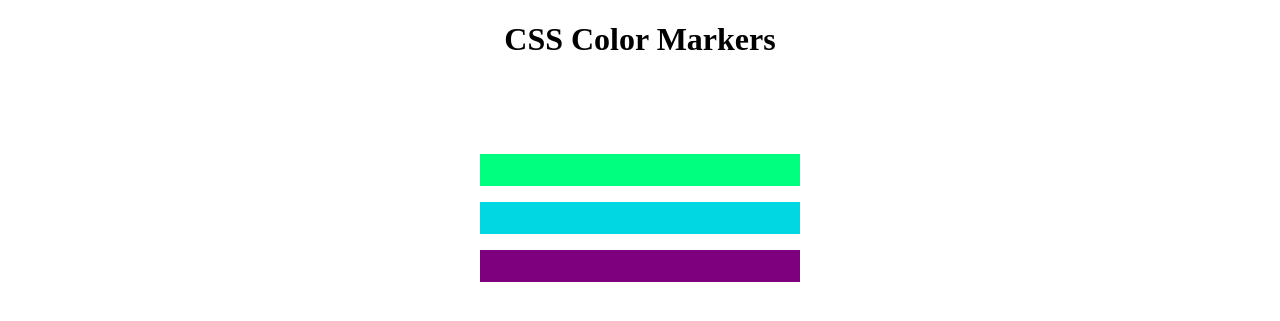
Repository: Lungdjos/color_markers
Page: index.html
These files come from the project's save history. The page is drawn as it stood at one moment and after the next save; the edit follows.
The browser window is 1280 px wide. The pictures show the whole page.

Above is the page before, as saved 2023-09-14 18:21:13.

After the next save:
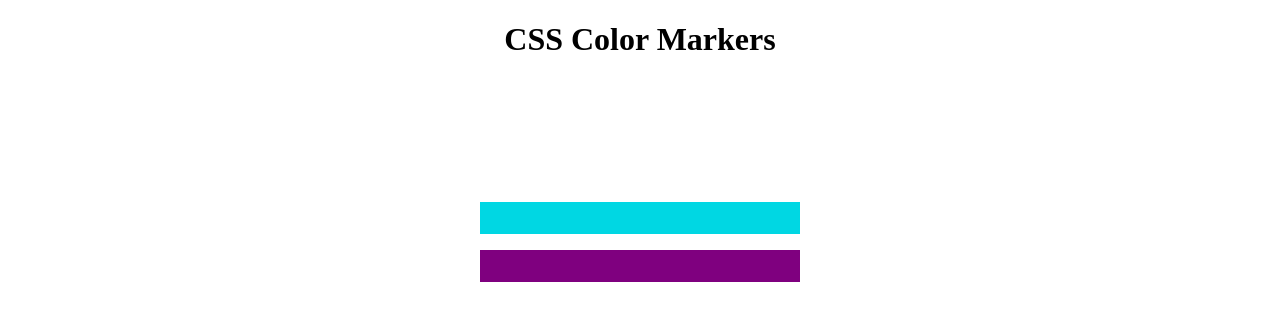
Saved 6 s later.
--- a/index.html
+++ b/index.html
@@ -12,7 +12,7 @@
     <h1>CSS Color Markers</h1>
     <div class="container">
         <div class="marker orange"></div>
-        <div class="marker two"></div>
+        <div class="marker green"></div>
         <div class="marker three"></div>
         <div class="marker four"></div>
     </div>
